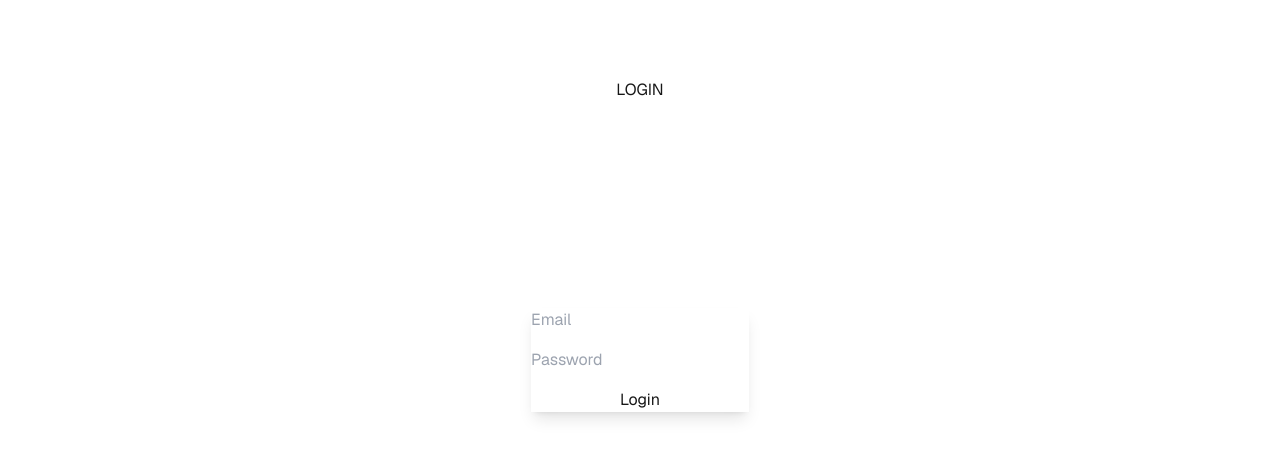
Repository: duresaguye/ethiolostandfound
Page: /login
An editor plug-in stored every save of this project. The page is shown before and after the next save, followed by the edit.
The browser window is 1280 px wide. The pictures show the whole page.
The project was rebuilt for these pictures with package versions that can differ from the ones it lists, and the page was loaded fresh each time. The framework's server and built-in components were replaced by stand-ins that run in the browser. Also part of the build but not shown: next.config.mjs.

Above is the page before, as saved 2025-02-03 02:52:42.

### src/app/login/page.js
import React from "react";

export default function LoginPage() {
    return (
        <div className="grid grid-rows-[20px_1fr_20px] items-center justify-items-center min-h-screen p-8 pb-20 gap-16 sm:p-20 font-[family-name:var(--font-geist-sans)]">
        <h1>LOGIN</h1>
        <div className="flex flex-col gap-4 bg-white shadow-lg">
        <form className="grid gap-4">
            <input type="email" placeholder="Email" />
            <input type="password" placeholder="Password" />
            <button type="submit">Login</button>
        </form>
        </div>
        </div>
    );
    }

Loaded but not shown: src/app/layout.js (common file); src/app/globals.css (common file); tailwind.config.mjs (common file)

After the next save:
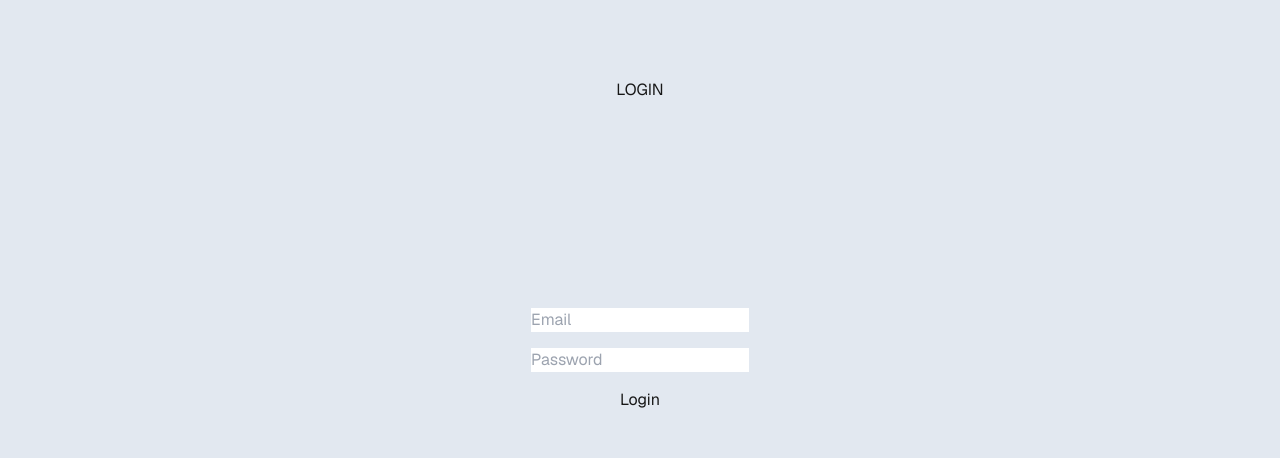
Saved 43 s later.
--- a/src/app/login/page.js
+++ b/src/app/login/page.js
@@ -2,15 +2,15 @@ import React from "react";
 
 export default function LoginPage() {
     return (
-        <div className="grid grid-rows-[20px_1fr_20px] items-center justify-items-center min-h-screen p-8 pb-20 gap-16 sm:p-20 font-[family-name:var(--font-geist-sans)]">
+        <div className=" bg-slate-200 shadow-md grid grid-rows-[20px_1fr_20px] items-center justify-items-center min-h-screen p-8 pb-20 gap-16 sm:p-20 font-[family-name:var(--font-geist-sans)]">
         <h1>LOGIN</h1>
-        <div className="flex flex-col gap-4 bg-white shadow-lg">
+
         <form className="grid gap-4">
             <input type="email" placeholder="Email" />
             <input type="password" placeholder="Password" />
             <button type="submit">Login</button>
         </form>
         </div>
-        </div>
+
     );
     }
